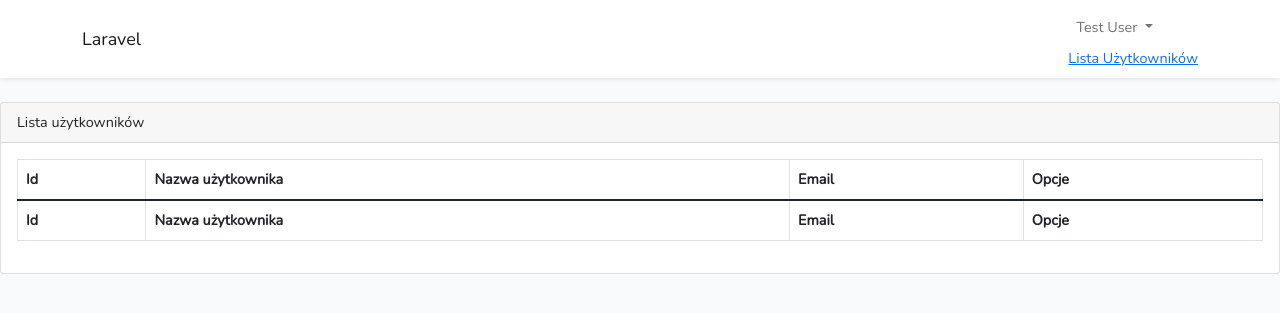
Repository: Abuziarova/grupa_rbr
Page: http://localhost/users
The author's editor kept a copy of each file at every save. The page is drawn from the files as they stood at one save, then again after the next save.
The browser window is 1280 px wide. The pictures show the whole page.
The page is served by the project's Laravel application, run on PHP 8.4 with Laravel 8. A made-up administrator, Test User (test@example.com), is signed in. Other server files are loaded and not shown. Queries for data that is not in the repository find no rows.

Above is the page before, as saved 2022-01-29 21:30:28.

### app/Providers/AppServiceProvider.php
<?php

namespace App\Providers;

use Illuminate\Support\ServiceProvider;

class AppServiceProvider extends ServiceProvider
{
    /**
     * Register any application services.
     *
     * @return void
     */
    public function register()
    {
        //
    }

    /**
     * Bootstrap any application services.
     *
     * @return void
     */
    public function boot()
    {

    }
}

### routes/web.php
<?php

use Illuminate\Support\Facades\Route;

/*
|--------------------------------------------------------------------------
| Web Routes
|--------------------------------------------------------------------------
|
| Here is where you can register web routes for your application. These
| routes are loaded by the RouteServiceProvider within a group which
| contains the "web" middleware group. Now create something great!
|
*/

Route::get('/',  [App\Http\Controllers\PostController::class, 'index']);
Route::get('/post/show/{id}', [App\Http\Controllers\PostController::class, 'show'])->name('post.show');
Route::get('/users', [App\Http\Controllers\UserController::class, 'list'])->name('users.list');
Route::get('/user/{$id}', [App\Http\Controllers\UserController::class, 'show'])->name('user.show');
Auth::routes();

Route::get('/home', [App\Http\Controllers\UserController::class, 'index'])->name('users');

### app/Http/Controllers/UserController.php
<?php

namespace App\Http\Controllers;

use Illuminate\Http\Request;
use App\Models\User;

class UserController extends Controller
{
    /**
     * Create a new controller instance.
     *
     * @return void
     */
    public function __construct()
    {
        $this->middleware('auth');
    }

    /**
     * Show the application dashboard.
     *
     * @return \Illuminate\Contracts\Support\Renderable
     */
    public function index()
    {
        return view('posts');
    }

    public function list(){
        $users = User::get();
        return view('user.list', ['users' =>$users]);
    }

    public function show($id){
        dd($id);
        return view('user.show');
     }
}

### resources/views/user/list.blade.php
@extends('layouts.app')

@section('content')
    <div class="card">
        <div class="card-header"><i class="fas fa-table mr-1"></i>Lista użytkowników</div>
        <div class="card-body">
            <div class="table-responsive">
                <table class="table table-bordered" id="dataTable" width="100%" cellspacing="0">
                    <thead>
                        <tr>
                            <th>Id</th>
                            <th>Nazwa użytkownika</th>
                            <th>Email</th>
                            <th>Opcje</th>
                        </tr>
                    </thead>
                    <tfoot>
                        <tr>
                            <th>Id</th>
                            <th>Nazwa użytkownika</th>
                            <th>Email</th>
                            <th>Opcje</th>
                        </tr>
                    </tfoot>
                    <tbody>
                        @foreach ($users as $user)
                            <tr>
                                <td>{{ $loop->iteration }}</td>
                                <td>{{ $user['id'] }}</td>
                                <td>{{ $user['name'] }}</td>
                                <td><a href="{{ route('user.show', ['userId' => $user['id']]) }}">Szczegóły</a></td>
                            </tr>
                        @endforeach
                    </tbody>
                </table>
            </div>
        </div>
    </div>
@endsection

### resources/views/layouts/app.blade.php
<!doctype html>
<html lang="{{ str_replace('_', '-', app()->getLocale()) }}">

<head>
    <meta charset="utf-8">
    <meta name="viewport" content="width=device-width, initial-scale=1">

    <!-- CSRF Token -->
    <meta name="csrf-token" content="{{ csrf_token() }}">

    <title>{{ config('app.name', 'Laravel') }}</title>

    <!-- Scripts -->
    <script src="{{ asset('js/app.js') }}" defer></script>
    <!-- Fonts -->
    <link rel="dns-prefetch" href="//fonts.gstatic.com">
    <link href="https://fonts.googleapis.com/css?family=Nunito" rel="stylesheet">
    <link href="/css/styles.css" rel="stylesheet" />
    <!-- Styles -->
    <link href="{{ asset('css/app.css') }}" rel="stylesheet">
    <script src="{{ asset('bootstrap/js/bootstrap.bundle.min.js') }}"></script>
</head>

<body>
    <div id="app">
        <nav class="navbar navbar-expand-md navbar-light bg-white shadow-sm">
            <div class="container">
                <a class="navbar-brand" href="{{ url('/') }}">
                    {{ config('app.name', 'Laravel') }}
                </a>
                <button class="navbar-toggler" type="button" data-bs-toggle="collapse"
                    data-bs-target="#navbarSupportedContent" aria-controls="navbarSupportedContent"
                    aria-expanded="false" aria-label="{{ __('Toggle navigation') }}">
                    <span class="navbar-toggler-icon"></span>
                </button>

                <div class="collapse navbar-collapse" id="navbarSupportedContent">
                    <!-- Left Side Of Navbar -->
                    <ul class="navbar-nav me-auto">

                    </ul>

                    <!-- Right Side Of Navbar -->
                    <ul class="navbar-nav ms-auto">
                        <!-- Authentication Links -->
                        @guest
                            @if (Route::has('login'))
                                <li class="nav-item">
                                    <a class="nav-link" href="{{ route('login') }}">{{ __('Login') }}</a>
                                </li>
                            @endif

                            @if (Route::has('register'))
                                <li class="nav-item">
                                    <a class="nav-link" href="{{ route('register') }}">{{ __('Register') }}</a>
                                </li>
                            @endif
                        @else
                            <li class="nav-item dropdown">
                                <a id="navbarDropdown" class="nav-link dropdown-toggle" href="#" role="button"
                                    data-bs-toggle="dropdown" aria-haspopup="true" aria-expanded="false" v-pre>
                                    {{ Auth::user()->name }}
                                </a>
                                <a href="{{ route('users.list') }}">Lista Użytkowników</a>

                                <div class="dropdown-menu dropdown-menu-end" aria-labelledby="navbarDropdown">
                                    <a class="dropdown-item" href="{{ route('logout') }}"
                                        onclick="event.preventDefault();
                                                                                     document.getElementById('logout-form').submit();">
                                        {{ __('Logout') }}
                                    </a>

                                    <form id="logout-form" action="{{ route('logout') }}" method="POST"
                                        class="d-none">
                                        @csrf
                                    </form>
                                </div>
                            </li>
                        @endguest
                    </ul>
                </div>
            </div>
        </nav>

        <main class="py-4">
            @yield('content')
        </main>
    </div>
</body>

</html>

Loaded but not shown: app/Http/Controllers/Auth/ConfirmPasswordController.php (common file); app/Http/Controllers/Controller.php (common file); app/Models/User.php (common file); public/css/app.css (library)

After the next save:
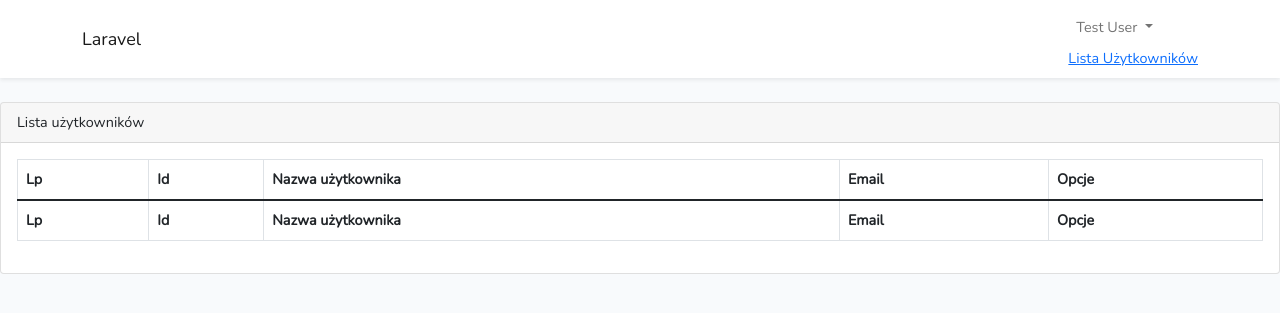
Saved 2 min 55 s later.
--- a/resources/views/user/list.blade.php
+++ b/resources/views/user/list.blade.php
@@ -8,6 +8,7 @@
                 <table class="table table-bordered" id="dataTable" width="100%" cellspacing="0">
                     <thead>
                         <tr>
+                            <th>Lp</th>
                             <th>Id</th>
                             <th>Nazwa użytkownika</th>
                             <th>Email</th>
@@ -16,6 +17,7 @@
                     </thead>
                     <tfoot>
                         <tr>
+                            <th>Lp</th>
                             <th>Id</th>
                             <th>Nazwa użytkownika</th>
                             <th>Email</th>
@@ -26,9 +28,10 @@
                         @foreach ($users as $user)
                             <tr>
                                 <td>{{ $loop->iteration }}</td>
-                                <td>{{ $user['id'] }}</td>
-                                <td>{{ $user['name'] }}</td>
-                                <td><a href="{{ route('user.show', ['userId' => $user['id']]) }}">Szczegóły</a></td>
+                                <td>{{ $user->$id }}</td>
+                                <td>{{ $user->name }}</td>
+                                <td>{{ $user->email }}</td>
+                                <td><a href="{{ route('user.show', ['id' => $user->id]) }}">Szczegóły</a></td>
                             </tr>
                         @endforeach
                     </tbody>
